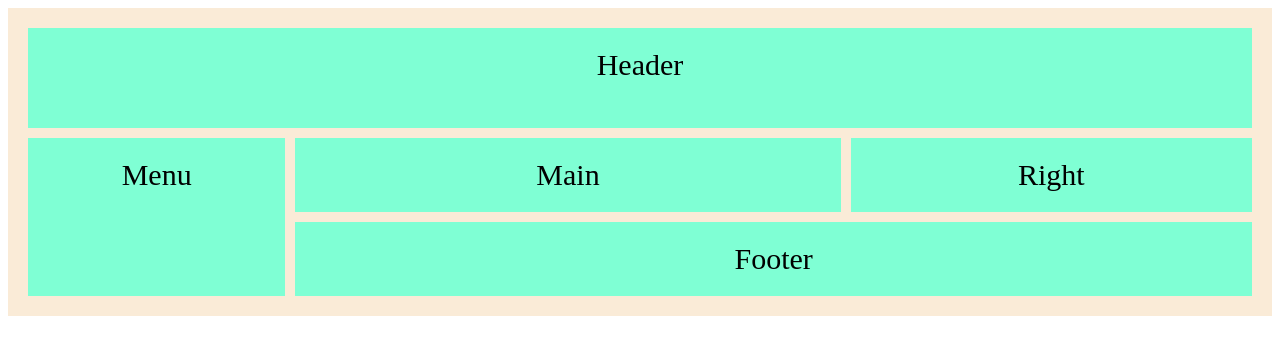
Repository: Thonghehe/Lab1_WEB106
Page: index11.html
The author's editor kept a copy of each file at every save. The page is drawn from the files as they stood at one save, then again after the next save.
The browser window is 1280 px wide. The pictures show the whole page.

Above is the page before, as saved 2024-03-05 17:38:48.

After the next save:
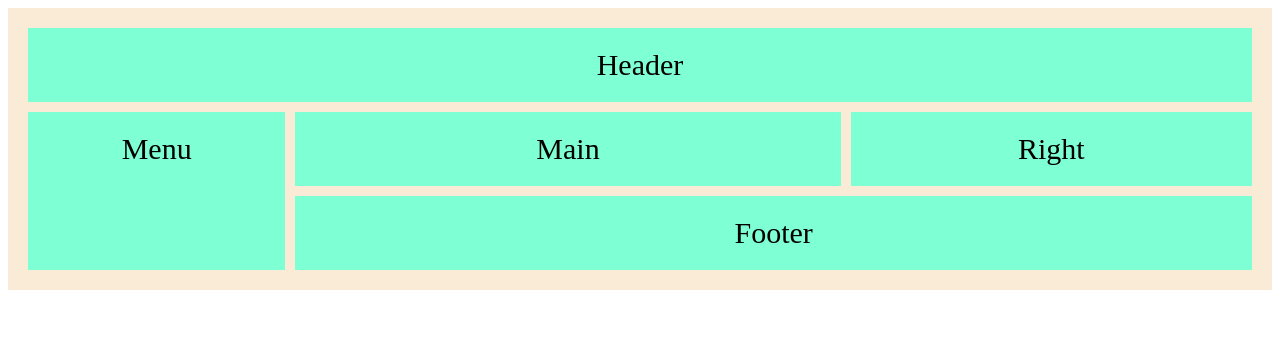
Saved 4 s later.
--- a/style.css
+++ b/style.css
@@ -28,7 +28,7 @@
     padding: 20px;
     background-color: antiquewhite;
     grid-template-columns: auto;
-    grid-template-rows: 100px;
+    grid-template-rows: auto;
     /* justify-content: space-between; */
     /* align-content: space-around; */
 
